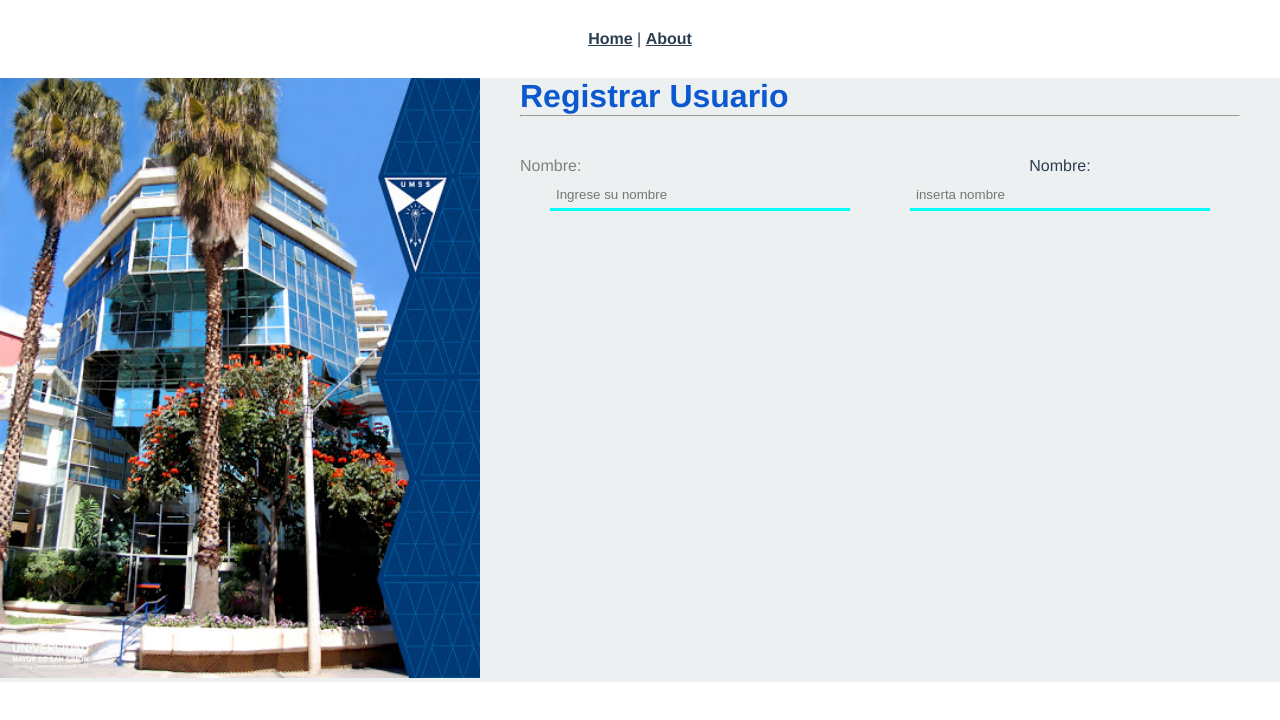
Repository: BritanyTorrico/front-cotizaciones
Page: /register
An editor plug-in stored every save of this project. The page is shown before and after the next save, followed by the edit.
The browser window is 1280 px wide. The pictures show the whole page.
The project was rebuilt for these pictures with package versions that can differ from the ones it lists, and the page was loaded fresh each time. Also part of the build but not shown: vue.config.js, src/components/HelloWorld.vue, src/views/Home.vue.

Above is the page before, as saved 2021-04-21 18:03:04.

After the next save:
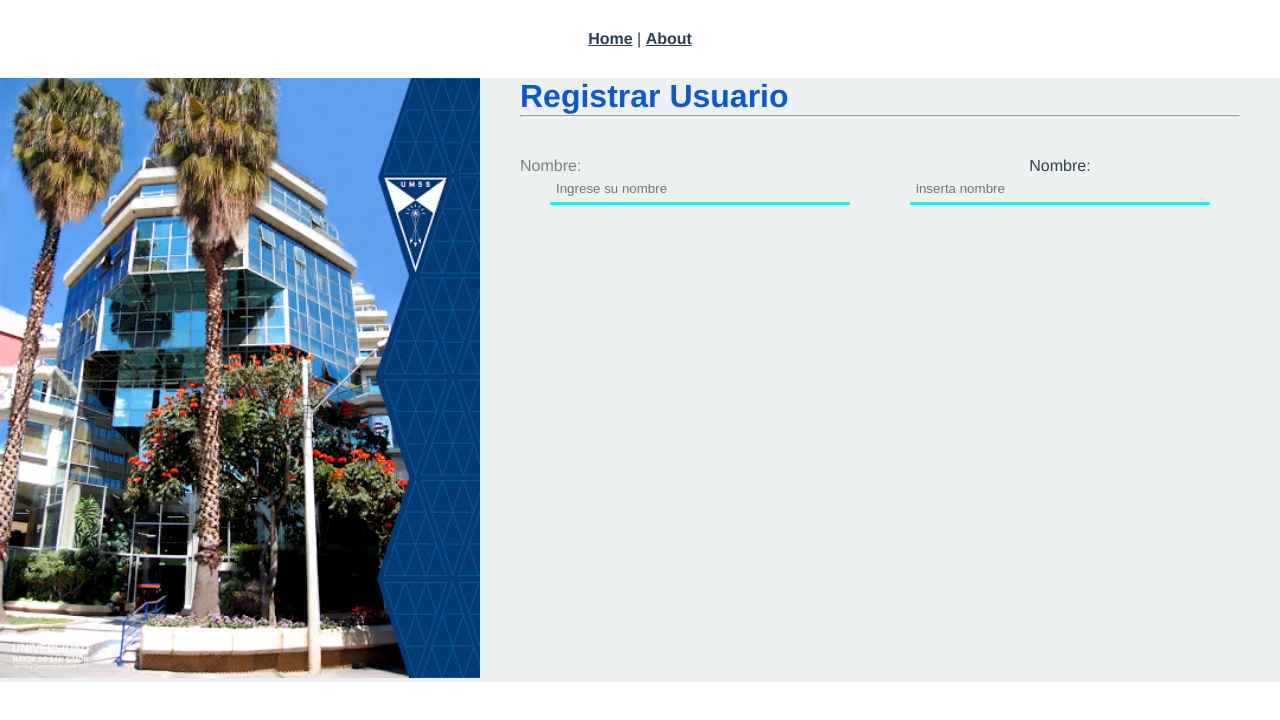
Saved 31 s later.
--- a/src/components/User/RegisterUser.vue
+++ b/src/components/User/RegisterUser.vue
@@ -72,7 +72,7 @@
 .form__input {
   width: 80%;
   padding: 6px;
-  margin: 6px 6px;
+
   border: none;
   border-bottom: 3px solid aqua;
   background-color: transparent;

After the save that followed:
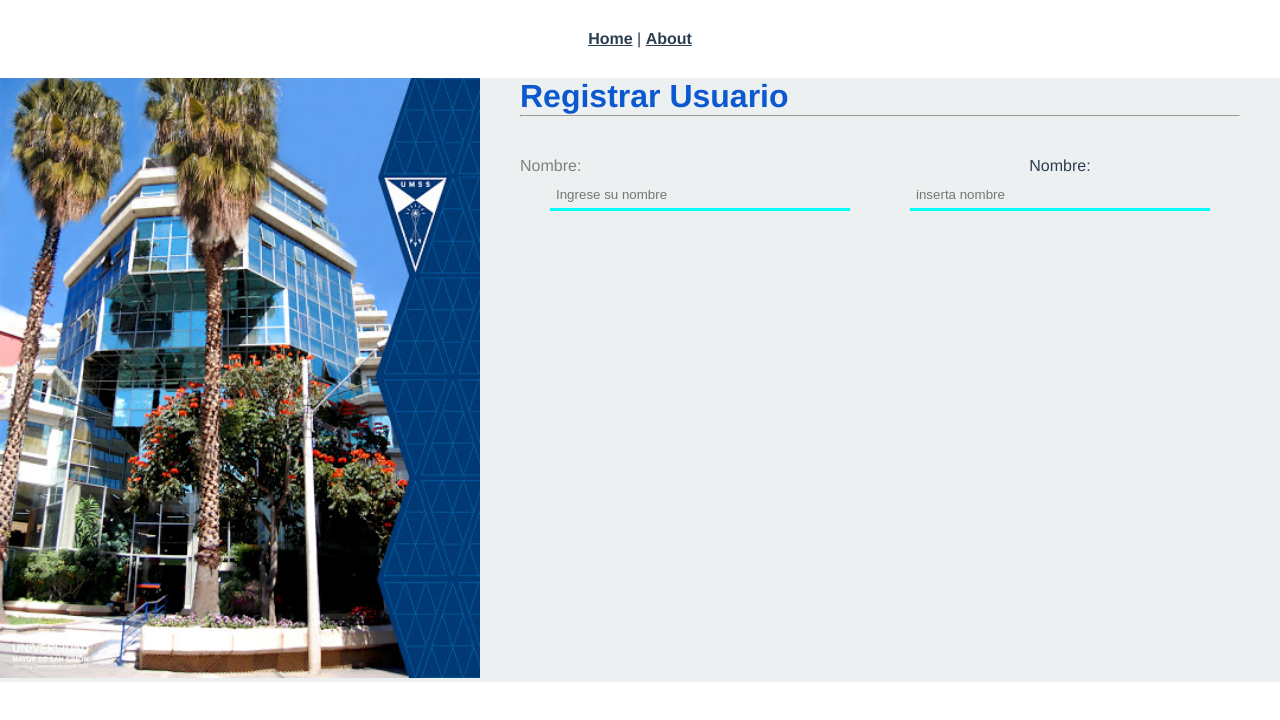
Saved 6 s later.
--- a/src/components/User/RegisterUser.vue
+++ b/src/components/User/RegisterUser.vue
@@ -72,7 +72,7 @@
 .form__input {
   width: 80%;
   padding: 6px;
-
+  margin: 6px 6px;
   border: none;
   border-bottom: 3px solid aqua;
   background-color: transparent;
